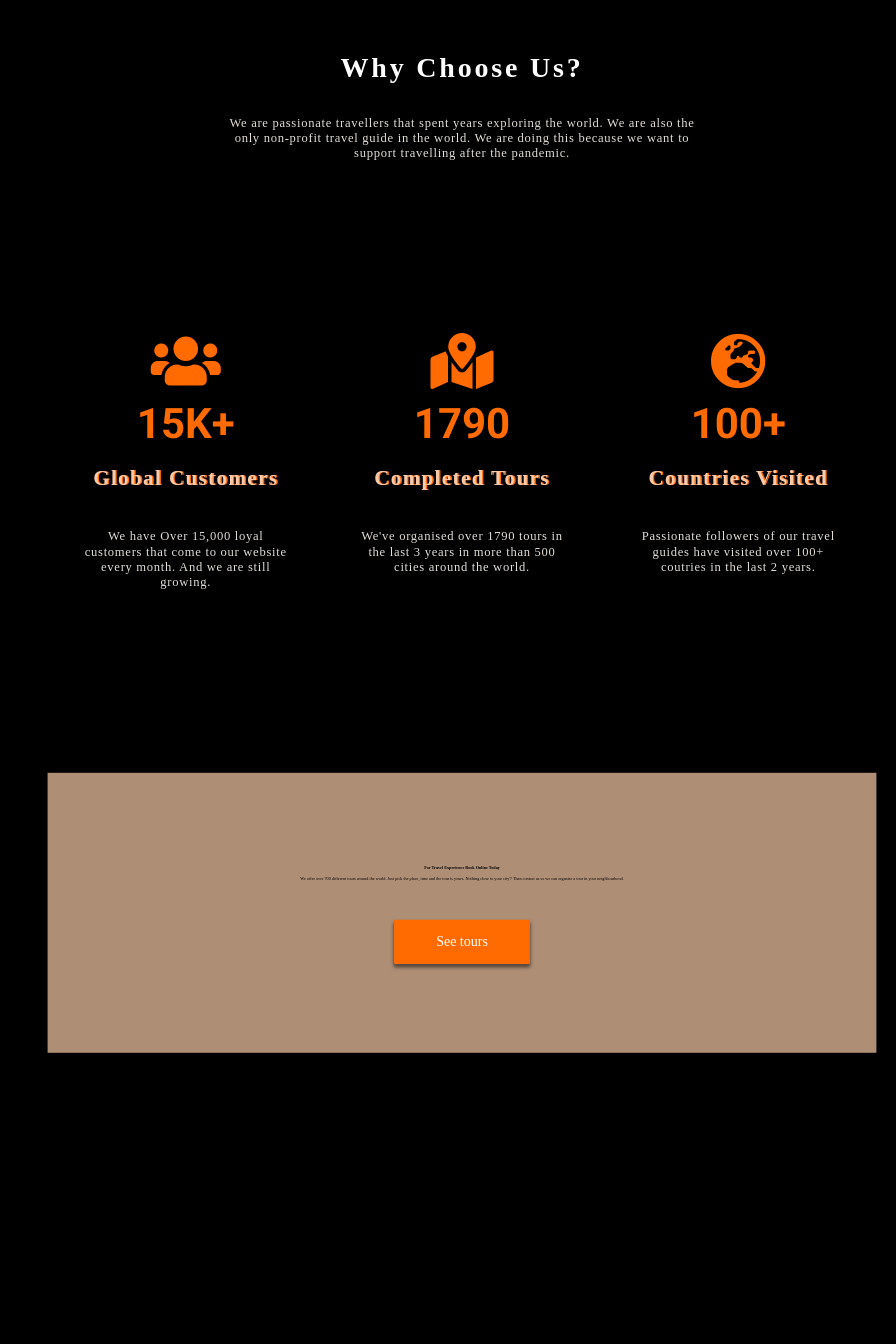
Repository: Hunga9k50doker/wildver-travel
Page: src/index.html
An editor plug-in stored every save of this project. The page is shown before and after the next save, followed by the edit.
The browser window is 1280 px wide. The pictures show the part of the page from y = 4560 to 6480 px (the page is 6480 px tall before and 6474 px after), at 70% of full size.
Some web fonts or font styles are not loaded; a fallback is used. The style sheet was rebuilt from its Sass, Less or Tailwind sources for each picture, by a compiler version that may differ from the author's.

Above is the page before, as saved 2021-08-27 21:35:11.

After the next save:
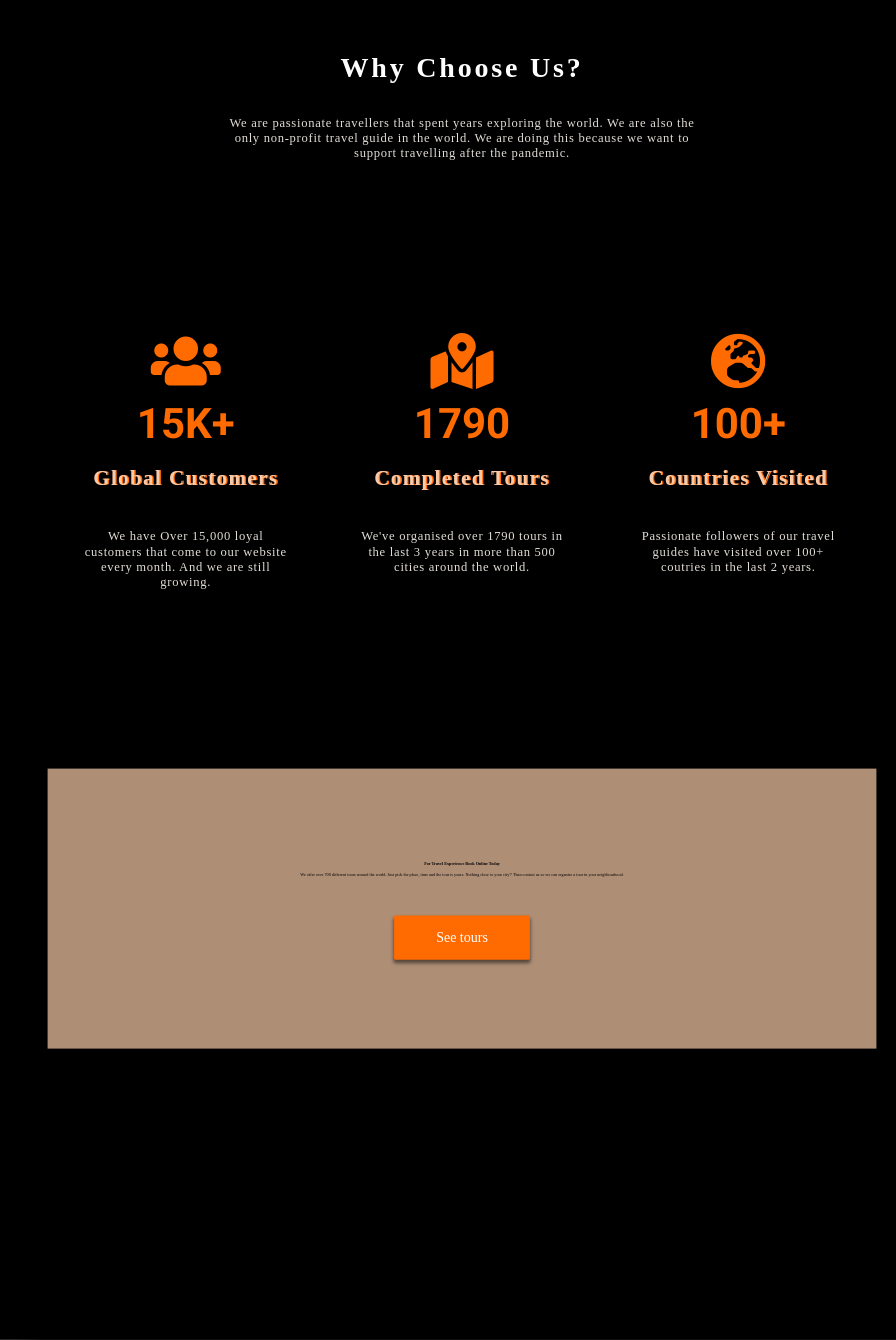
Saved 8 s later.
--- a/src/index.html
+++ b/src/index.html
@@ -277,7 +277,9 @@
                     </li>
                     <li class="container_list-item">
                         <div class="row">
-                            .col.l-12
+                            <div class="col l-12">
+
+                            </div>
                             <div class="container_list-item-visit-tours">
                                 <h4>For Travel Experience Book Online Today
                                 </h4>
